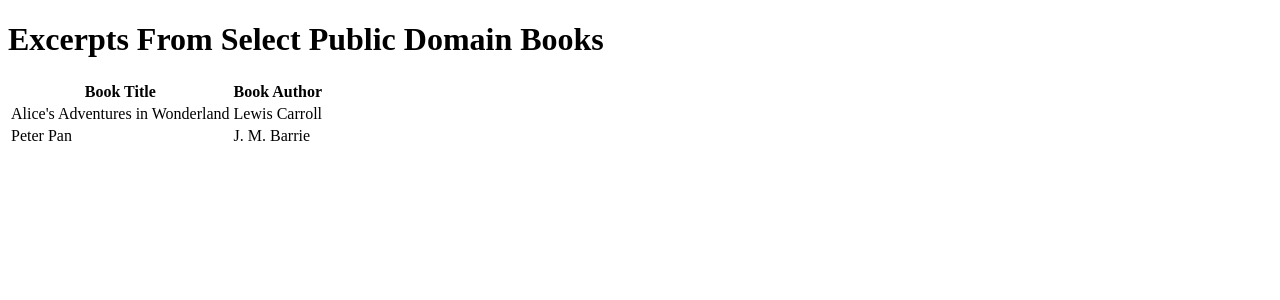
Repository: rishondass/ITMD361-Lab3
Page: index.html
These files come from the project's save history. The page is drawn as it stood at one moment and after the next save; the edit follows.
The browser window is 1280 px wide. The pictures show the whole page.

Above is the page before, as saved 2023-01-13 14:29:28.

After the next save:
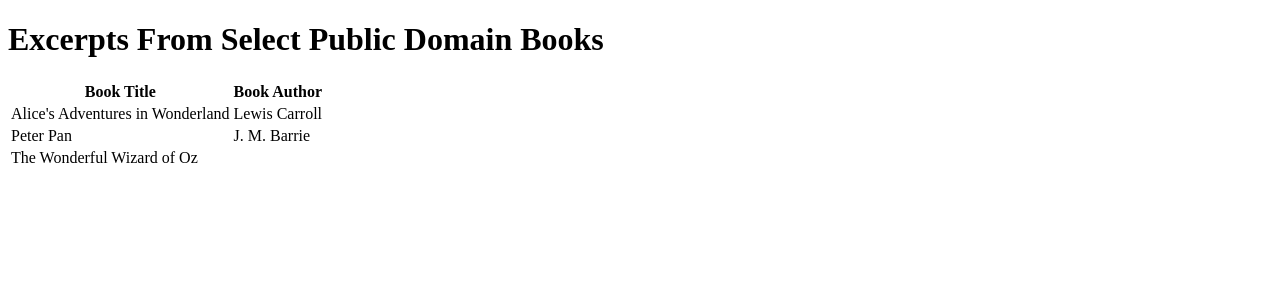
Saved 8 s later.
--- a/index.html
+++ b/index.html
@@ -28,6 +28,9 @@
                 <td>Peter Pan</td>
                 <td>J. M. Barrie</td>
             </tr>
+            <tr>
+                <td>The Wonderful Wizard of Oz</td>
+            </tr>
         </tbody>
     </table>
 </body>
